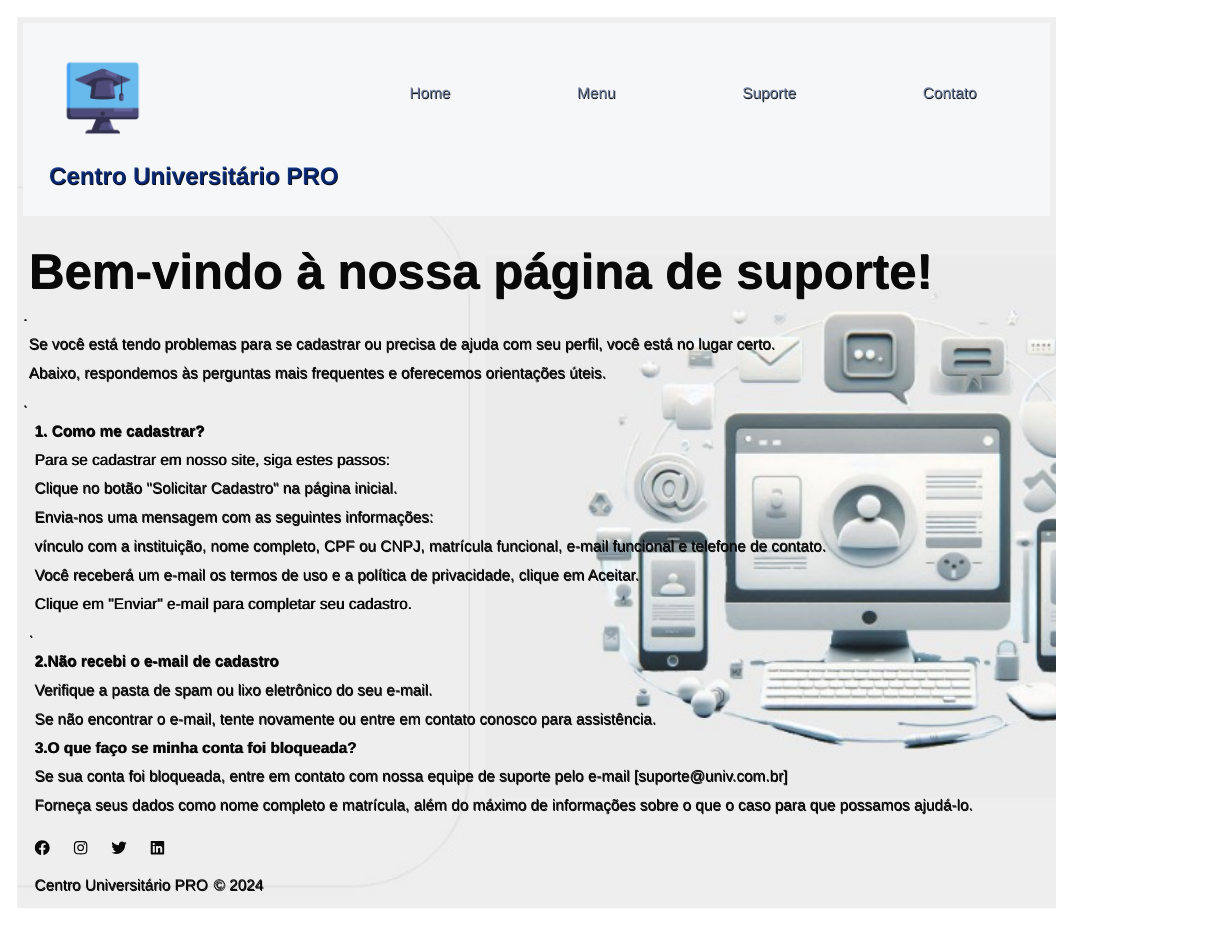
Repository: DanuziaRA/Cadastros-de-Usuarios
Page: /suporte
These files come from the project's save history. The page is drawn as it stood at one moment and after the next save; the edit follows.
The browser window is 1280 px wide. The pictures show the whole page, at 96% of full size.
The project was rebuilt for these pictures with package versions that can differ from the ones it lists, and the page was loaded fresh each time. Also part of the build but not shown: vite.config.js, src/components/Footer.css, src/router/Contact.jsx, src/router/ErrorPage.jsx, src/router/ContactDetails.jsx, src/router/Login.css, src/router/Login.jsx, src/router/Menu.jsx and 10 more.

Above is the page before, as saved 2024-10-02 16:41:45.

### src/main.jsx
import { StrictMode } from 'react'
import { createRoot } from 'react-dom/client'
import App from './App.jsx'
import './index.css'

import {createBrowserRouter, RouterProvider,Navigate} from 'react-router-dom';

  import Contact from './router/Contact.jsx';
  import ErrorPage from './router/ErrorPage.jsx';
  import ContactDetails from './router/ContactDetails.jsx';
  import Login from './router/Login.jsx';
  import Menu from './router/Menu.jsx';
  import Suporte from './router/Suporte.jsx';
  import Forget from './router/Forget.jsx';
  import Atualizar from './router/Atualizar.jsx';
  import Excluir from './router/Excluir.jsx';
  import Cadastro from './router/Cadastro.jsx';
  import Cadastropj from './router/Cadastropj.jsx';
  import Cadastroprof from './router/Cadastroprof.jsx';
  import Cadastroforn from './router/Cadastroforn.jsx';
  import Cadastroaluno from './router/Cadastroaluno.jsx';


  const router = createBrowserRouter([
        {
      path: "/",
      element: <App/>,
      errorElement: <ErrorPage />,
      children: [
        {
          path: "/",
          element:<Login />,
        },
        {
          path: "suporte",
          element:<Suporte />,
        },
        {
          path: "menu",
          element:<Menu />,
        },
        {
          path: "contact",
          element:<Contact />,
        },
        //Nested routes - identificando unico
        {
          path: "/contact/id",
          element: <ContactDetails />,
        },
        {
          path: "forget",
          element: <Forget />,
        },
        {
          path: "atualizar",
          element: <Atualizar />,
        },
        {
          path: "excluir",
          element: <Excluir />,
        },
        {
          path: "cadastropf",
          element: <Cadastro />,
        },
        {
          path: "cadastropj",
          element: <Cadastropj />,
        },
        {
          path: "cadastroprof",
          element: <Cadastroprof />,
        },
        {
          path: "cadastroforn",
          element: <Cadastroforn />,
        },
        {
          path: "cadastroaluno",
          element: <Cadastroaluno />,
        },
        //Navigate para página não existentes
        {
          path: "oldcontact",
          element: <Navigate to="/contact" />,
        },
      ],
    },
    ]);


createRoot(document.getElementById('root')).render(
  <StrictMode>
    <RouterProvider router={router} />
    </StrictMode>,
);

### src/App.jsx
import './App.css'

import { Outlet } from 'react-router-dom';
import Navbar from './components/Navbar';
import Footer from './components/Footer'


function App() {
  return (
      <div className='App'>
        <Navbar />
        <h1></h1>
        <Outlet />
        <Footer />
    </div>
  );
}

export default App;

### src/router/Suporte.jsx
import React from 'react';
import './Suporte.css';

function Suporte() {

    return (
    <div>
        <h1>Bem-vindo à nossa página de suporte!</h1>.
        <p>Se você está tendo problemas para se cadastrar ou precisa de ajuda com seu perfil, você está no lugar certo.</p>
        <p>Abaixo, respondemos às perguntas mais frequentes e oferecemos orientações úteis.</p>.

        <div>
        <h2>1. Como me cadastrar?</h2>
        <p>Para se cadastrar em nosso site, siga estes passos:</p>
<p>Clique no botão "Solicitar Cadastro" na página inicial.</p>
<p>Envia-nos uma mensagem com as seguintes informações:</p>
<p>vínculo com a instituição, nome completo, CPF ou CNPJ, matrícula funcional, e-mail funcional e telefone de contato.</p>
<p>Você receberá um e-mail os termos de uso e a política de privacidade, clique em Aceitar.</p>
<p>Clique em "Enviar" e-mail para completar seu cadastro.</p>.
</div>

<div>
        <h3>2.Não recebi o e-mail de cadastro</h3>
        <p>Verifique a pasta de spam ou lixo eletrônico do seu e-mail.</p>
        <p> Se não encontrar o e-mail, tente novamente ou entre em contato conosco para assistência.</p>
        </div>

        <div>
        <h4>3.O que faço se minha conta foi bloqueada?</h4>
        <p>Se sua conta foi bloqueada, entre em contato com nossa equipe de suporte pelo e-mail [suporte@univ.com.br]</p>
        <p>Forneça seus dados como nome completo e matrícula, além do máximo de informações sobre o que o caso para que possamos ajudá-lo.</p>
    </div>
    </div>
    )
}

export default Suporte;

### src/App.css
* {
  box-sizing: border-box;
  margin: 6px;
  padding: 0px;
  font-family: Helvetica;
  font-size: 16px;
  text-shadow: #0d0d0d 0.7px 0.7px;
  color:rgb(9, 9, 9)
}
.App{
  display: flex;
  flex-direction: column;
  flex-grow: 1;
  justify-content: center;
  align-items: left;
  background-size: cover;
  background-image: url("src/assets/Fundo minimalista cadastro 4.jpg");
  background-position: center;
  }

### src/components/Navbar.jsx
import { Link } from "react-router-dom"
import logo from './../assets/LOGO novo.png'
import { Component } from "react";
import './Navbar.css';


const Navbar = () => {
    return (
    <nav className="navbar">
        <div className="navbar-logo">
        <Link to="/">
            <img src={logo} alt=""/>
            </Link>
            <h1>Centro Universitário PRO</h1>
            </div>
            <ul className="navbar-links">
            <li><a href="/">Home</a></li>
            <li><a href="/Menu">Menu</a></li>
            <li><a href="/Suporte">Suporte</a></li>
            <li><a href= "/Contact">Contato</a></li>
            </ul>
    </nav>
    )
}

export default Navbar

### src/components/Footer.jsx
import { FaFacebook, FaInstagram,FaTwitter,FaLinkedin } from "react-icons/fa"
import { Link } from "react-router-dom";
import './Footer.css';

function Footer(){
    return (
        <nav>
            <Link to="https://www.facebook.com/?locale=pt_BR">
            < FaFacebook alt=""/>
            </Link>
            <Link to="https://www.instagram.com/">
            < FaInstagram alt=""/>
            </Link>
            <Link to="/">
            < FaTwitter alt=""/>
            </Link>
            <Link to="https://www.linkedin.com.br">
            < FaLinkedin alt=""/>
            </Link>
            <p><span>Centro Universitário PRO</span>&copy; 2024</p>
            </nav>


    );

}
export default Footer

### src/router/Menu.css
nav li{
    width: 30%;
    height: 70%;
    outline: none;
    font-size: 16px;
    color: #070000;
    padding: 10px 20px;
    margin: 30px;
    }
nav li a{
    color: #7a7a7a;
    font-size: 16px;
    text-decoration: none;

}

### src/components/Navbar.css
.navbar{
    display: flex;
    justify-content: space-between;
    padding: 15px;
    align-items: left;
    background-color:rgb(245, 247, 249)

}
.navbar-logo h1{
    color: #06297ae1;
    font-size: 25px;
    align-items: center;


}
.navbar-links {
list-style-type: none;
display: flex;
gap: 20px;
align-items: left;

}
.navbar li{
    display: inline;
    }
.navbar-links li a {
    color: #67789ee1;
    text-decoration: none;
}
.navbar-links li a:hover{
    color:#ddd;
}

Loaded but not shown: index.html (common file); src/index.css (common file)

After the next save:
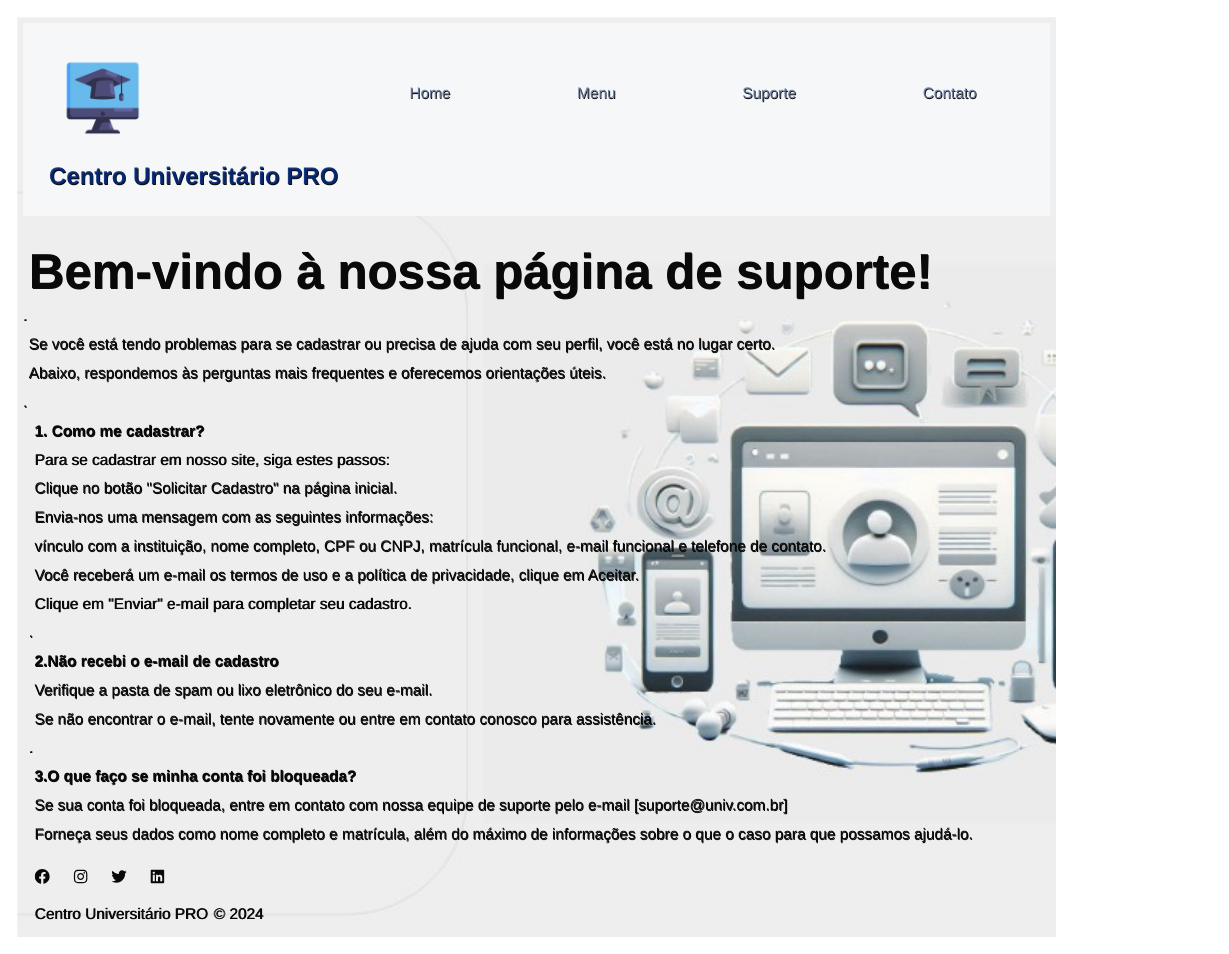
Saved 10 s later.
--- a/src/router/Suporte.jsx
+++ b/src/router/Suporte.jsx
@@ -22,7 +22,7 @@ function Suporte() {
 <div>
         <h3>2.Não recebi o e-mail de cadastro</h3>
         <p>Verifique a pasta de spam ou lixo eletrônico do seu e-mail.</p>
-        <p> Se não encontrar o e-mail, tente novamente ou entre em contato conosco para assistência.</p>
+        <p> Se não encontrar o e-mail, tente novamente ou entre em contato conosco para assistência.</p>.
         </div>
 
         <div>
